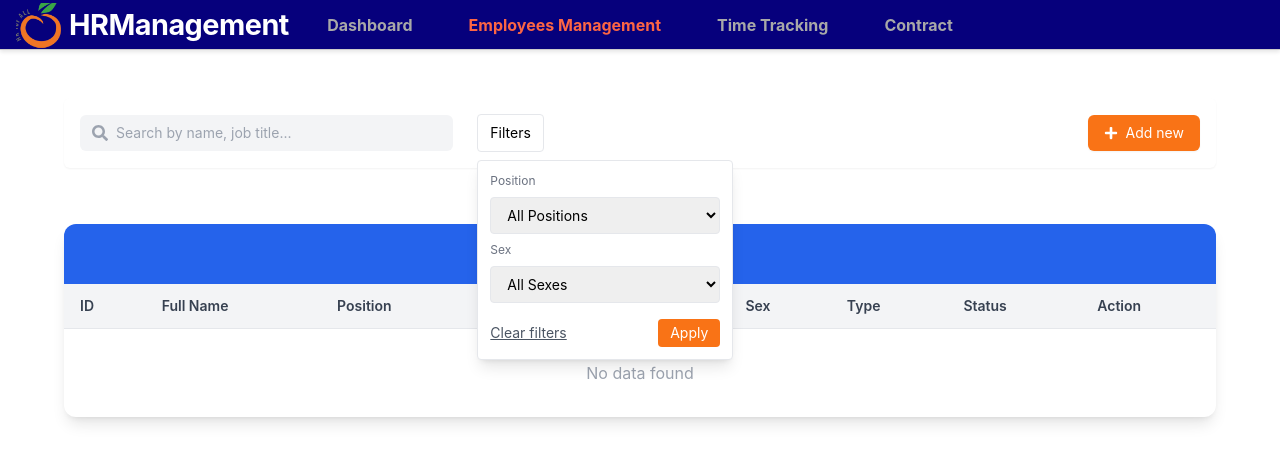
Repository: justJackiee/DA-251
Page: /employeemanagement (app in my-react-app/), after clicking the first element matching `button.inline-flex`
An editor plug-in stored every save of this project. The page is shown before and after a run of saves, followed by the edit.
The browser window is 1280 px wide. The pictures show the whole page.
The page's requests for data from a server got no answer. The project was rebuilt for these pictures with package versions that can differ from the ones it lists, and the page was loaded fresh each time. No one was signed in, and anything a server would have sent is missing. Also part of the build but not shown: my-react-app/src/App.css, my-react-app/src/components/pagination.js, my-react-app/src/pages/dashboard.js, my-react-app/src/components/button.js.

Above is the page before, as saved 2025-12-03 16:29:21.

### my-react-app/public/index.html
<!DOCTYPE html>
<html lang="en">
  <head>
    <meta charset="utf-8" />
    <link rel="icon" href="%PUBLIC_URL%/favicon.ico" />
    <meta name="viewport" content="width=device-width, initial-scale=1" />
    <meta name="theme-color" content="#000000" />
    <meta
      name="description"
      content="Web site created using create-react-app"
    />
    <link rel="apple-touch-icon" href="%PUBLIC_URL%/logo192.png" />
    <!--
      manifest.json provides metadata used when your web app is installed on a
      user's mobile device or desktop. See https://developers.google.com/web/fundamentals/web-app-manifest/
    -->
    <link rel="manifest" href="%PUBLIC_URL%/manifest.json" />

    <!-- Google Fonts - Baloo 2 -->
    <link rel="preconnect" href="https://fonts.googleapis.com">
    <link rel="preconnect" href="https://fonts.gstatic.com" crossorigin>
    <link href="https://fonts.googleapis.com/css2?family=Baloo+2:wght@400;500;600;700;800&display=swap" rel="stylesheet">

    <!--
      Notice the use of %PUBLIC_URL% in the tags above.
      It will be replaced with the URL of the `public` folder during the build.
      Only files inside the `public` folder can be referenced from the HTML.

      Unlike "/favicon.ico" or "favicon.ico", "%PUBLIC_URL%/favicon.ico" will
      work correctly both with client-side routing and a non-root public URL.
      Learn how to configure a non-root public URL by running `npm run build`.
    -->
    <title>React App</title>
  </head>
  <body>
    <noscript>You need to enable JavaScript to run this app.</noscript>
    <div id="root"></div>
    <!--
      This HTML file is a template.
      If you open it directly in the browser, you will see an empty page.

      You can add webfonts, meta tags, or analytics to this file.
      The build step will place the bundled scripts into the <body> tag.

      To begin the development, run `npm start` or `yarn start`.
      To create a production bundle, use `npm run build` or `yarn build`.
    -->
  </body>
</html>

### my-react-app/src/App.js
import React from "react";
import { FaSearch, FaTrash } from "react-icons/fa";
import logo from './logo.svg';
import './App.css';

import { HRNavbar } from './components/Navbar';
import CustomScrollbar from './components/schollbar';
import Pagination from './components/pagination'
import Dashboard from './pages/dashboard';
import EmployeeManagement from './pages/employeemanagement'; // modify to test CEmployeeTable
import {
  PrimaryButton,
  SecondaryButton,
  IconButton,
  DropdownButton,
} from "./components/button";

import {
    BrowserRouter as Router,
    Routes,
    Route,
} from "react-router-dom";

import { ThemeProvider } from "@material-tailwind/react";

function App() {
  return (
    <ThemeProvider>
    <Router>
      <div className="h-screen flex flex-col">
        <HRNavbar />

        <main className="flex-1 relative">
          {/* <PrimaryButton text="Save" onClick={() => alert("Saved!")} />
          <SecondaryButton text="Cancel" onClick={() => alert("Cancelled!")} />
          <IconButton icon={<FaSearch />} label="Search" onClick={() => alert("Searching...")} />
          <IconButton icon={<FaTrash />} label="Delete" onClick={() => alert("Deleted!")} /> */}
          {/* <DropdownButton
            label="Select Report"
            options={[
              { label: "Monthly Report", onClick: () => alert("Monthly selected") },
              { label: "Yearly Report", onClick: () => alert("Yearly selected") },
            ]}
          /> */}

          <CustomScrollbar>
            {/* <div className="p-4 md:p-8"> dùng để canh lề (margin)*/}
            <div className="p-4 md:p-8">
              <Routes>
                <Route path="/dashboard" element={<Dashboard />} />
                <Route path="/employeemanagement" element={<EmployeeManagement />} />
                <Route path="/contract" element={<h1>Contract Page</h1>} />
                <Route path="/timetracking" element={<h1>Time Tracking Page</h1>} />
                <Route path="/" element={
                  <header className="App-header">
                    <img src={logo} className="App-logo" alt="logo" />
                    <h1>Welcome to HR Management System</h1>
                    <p>Click on Dashboard in the navigation to get started!</p>
                  </header>
                } />
              </Routes>
            </div>
          </CustomScrollbar>
        </main>
      </div>
    </Router>
    </ThemeProvider>
  );
}

export default App;

### my-react-app/src/components/schollbar.js
import React from 'react';
import { Scrollbars } from 'react-custom-scrollbars-2';

// Đổi kiểu thumb
const CustomThumb = (props) => (
  <div {...props} className="bg-slate-500 rounded-full" />
);

// CustomScrollbar
function CustomScrollbar({ children }) {
  return (
    <Scrollbars
      renderThumbVertical={CustomThumb}
      style={{ width: '100%', height: '100%' }}
    >

      {children}

    </Scrollbars>
  );
}

export default CustomScrollbar;

### my-react-app/src/pages/employeemanagement.js
import React, { useEffect, useState, useMemo } from "react";
import axios from "axios"; // 1. Import axios
import CEmployeeTable from "../components/Table/CEmployeeTable";
// import HeaderTabs from '../components/HeaderTabs';
import FiltersBar from '../components/FiltersBar';



function EmployeeManagement() {
  // const [activeTab, setActiveTab] = useState('team');
  const [search, setSearch] = useState('');
  const [filters, setFilters] = useState({ office: '', department: '' });

  // 2. Khởi tạo data là mảng rỗng ban đầu (thay vì mock data)
  const [data, setData] = useState([]);
  const [loading, setLoading] = useState(true);

 // 3. Gọi API từ Backend khi component được load
  useEffect(() => {
    const fetchEmployees = async () => {
      try {
        const response = await axios.get('http://localhost:5000/api/employees');
        const apiData = response.data;

        // 4. MAPPING DỮ LIỆU (ĐÃ SỬA LỖI)
        const formattedData = apiData.map(emp => {
          // Xử lý an toàn: Nếu không có chức vụ thì để chuỗi rỗng
          const safePosition = emp.position || '';

          return {
            id: emp.id,
            // Ghép họ tên
            fullName: `${emp.fName} ${emp.mName ? emp.mName + ' ' : ''}${emp.lName}`,
            email: emp.email,
            phone: emp.phone,
            sex: emp.sex,
            // Nếu không có position thì hiện 'Staff' mặc định
            position: safePosition || 'Staff',
            type: emp.type, // Lưu ý: Backend bạn trả về 'type', không phải 'ceType' (check lại console log nếu cần)
            status: emp.status,
            // Xử lý địa chỉ an toàn
            location: emp.address ? emp.address.split(',').pop().trim() : 'Unknown',
            // SỬA LỖI CHÍNH TẠI ĐÂY: Kiểm tra safePosition thay vì emp.position
            department: safePosition.includes('HR') ? 'Human Resources' : 'Engineering'
          };
        });

        setData(formattedData);
        setLoading(false);
      } catch (error) {
        console.error("Lỗi khi tải danh sách nhân viên:", error);
        setLoading(false);
      }
    };

    fetchEmployees();
  }, []);

  const onFilterChange = (k, v) => setFilters((s) => ({ ...s, [k]: v }));
  const onClear = () => { setSearch(''); setFilters({ office: '', department: '' }); };

  const filteredData = useMemo(() => {
    return data.filter(emp => {
      const searchLower = search.toLowerCase();
      // Logic search cũ của bạn giữ nguyên
      const matchSearch = (emp.fullName && emp.fullName.toLowerCase().includes(searchLower)) ||
                          (emp.email && emp.email.toLowerCase().includes(searchLower));

      // Logic filter
      // Lưu ý: Nếu database chưa chuẩn department/office thì bộ lọc này có thể lọc hết dữ liệu.
      // Tạm thời tôi để logic lỏng hơn: Nếu filter rỗng thì luôn true.
      const matchDept = filters.department ? emp.department === filters.department : true;
      const matchOffice = filters.office ? (emp.location && emp.location.includes(filters.office)) : true;

      return matchSearch && matchDept && matchOffice;
    });
  }, [data, search, filters]);

  if (loading) {
    return <div className="p-10 text-center">Đang tải dữ liệu từ Server...</div>;
  }

  return (
    <div>
      {/* <HeaderTabs active={activeTab} onTabChange={setActiveTab} /> */}
      <div className="flex justify-end">

      </div>
      <FiltersBar search={search} onSearch={setSearch} filters={filters} onFilterChange={onFilterChange} onClear={onClear} />

      <div className="max-w-7xl mx-auto px-4 sm:px-6 lg:px-8 py-6">
        <CEmployeeTable data={filteredData} search={search} filters={filters} />
      </div>
    </div>
  );
}

export default EmployeeManagement;

### my-react-app/src/components/Table/CEmployeeTable.js
import React, { useState, useEffect, useRef } from "react";
import { createPortal } from 'react-dom';

function CEmployeeTable({
  // SỬA LỖI 2: Nhận prop 'data' thay vì 'employees' để khớp với file cha
  data = [],
  columns = null,
  title = "Employee List",
  showActions = true,
  onEdit = null
}) {
  // Gán data vào biến employees để dùng tiếp logic bên dưới
  const employees = data;

  // SỬA LỖI 3: Cập nhật cấu hình cột khớp với tên biến trong MOCK DATA (fullName, email...)
  const defaultColumns = [
    { header: "ID", accessor: "id" },
    { header: "Full Name", accessor: "fullName" }, // Dùng accessor trực tiếp vì data đã nối chuỗi rồi
    { header: "Position", accessor: "position" },
    { header: "Email", accessor: "email" },
    { header: "Phone", accessor: "phone" },
    {
      header: "Sex",
      // Sửa logic render giới tính
      render: (row) => row.sex === 'M' ? 'Male' : row.sex === 'F' ? 'Female' : row.sex
    },
    {
      header: "Type",
      render: (row) => (
        <span className={`px-2 py-1 rounded-full text-xs font-medium ${
            // Sửa logic check màu dựa trên value thực tế
            row.type === "HR" ? "bg-purple-100 text-purple-700" :
            row.type === "Freelance" ? "bg-orange-100 text-orange-700" :
            "bg-blue-100 text-blue-700"
        }`}>
          {row.type}
        </span>
      )
    },
    {
      header: "Status",
      render: (row) => (
        <span className={`px-2 py-1 rounded-full text-xs font-medium ${
            row.status === "Active" ? "bg-green-100 text-green-700" :
            row.status === "Inactive" ? "bg-red-100 text-red-700" :
            "bg-gray-100 text-gray-700"
        }`}>
          {row.status}
        </span>
      )
    }
  ];

  const tableColumns = columns || defaultColumns;

  const handleEdit = (item) => {
    if (onEdit) {
      onEdit(item);
    } else {
      window.location.href = `/employeemanagement/profile/${item.id}`;
    }
  };

  // Dropdown menu state
  const [openMenuId, setOpenMenuId] = useState(null);
  const [menuPos, setMenuPos] = useState({ top: 0, left: 0 });
  const menuRef = useRef(null);

  useEffect(() => {
    function onDocClick(e) {
      if (menuRef.current && menuRef.current.contains(e.target)) return;
      setOpenMenuId(null);
    }
    function onKey(e) {
      if (e.key === 'Escape') setOpenMenuId(null);
    }
    if (openMenuId !== null) {
      document.addEventListener('click', onDocClick);
      document.addEventListener('keydown', onKey);
      return () => {
        document.removeEventListener('click', onDocClick);
        document.removeEventListener('keydown', onKey);
      };
    }
  }, [openMenuId]);

  const openMenu = (e, item) => {
    e.stopPropagation();
    const rect = e.currentTarget.getBoundingClientRect();
    setMenuPos({ top: rect.bottom + window.scrollY + 6, left: rect.left + window.scrollX });
    setOpenMenuId(item.id);
  };

  const handleEditAction = (item) => {
    setOpenMenuId(null);
    handleEdit(item);
  };

  const handleEditForm = (item) => {
    setOpenMenuId(null);
    if (onEdit) return onEdit(item);
    window.location.href = `/employeemanagement/edit/${item.id}`;
  };

  return (
    <div className="flex justify-center mt-4">
      <div className="w-full bg-white shadow-lg rounded-xl overflow-hidden">
        <div className="bg-blue-600 text-white text-center py-4 font-semibold text-xl">
          {title}
        </div>

        <div className="overflow-x-auto">
          <table className="w-full text-left border-collapse">
            <thead>
              <tr className="bg-gray-100 text-gray-700">
                {tableColumns.map((col, index) => (
                  <th key={index} className="py-3 px-4 text-left font-semibold border-b text-sm">
                    {col.header}
                  </th>
                ))}
                {showActions && <th className="py-3 px-4 text-left font-semibold border-b text-sm">Action</th>}
              </tr>
            </thead>
            <tbody>
              {employees.length === 0 ? (
                <tr>
                  <td colSpan={tableColumns.length + (showActions ? 1 : 0)} className="py-8 text-center text-gray-400">
                    No data found
                  </td>
                </tr>
              ) : (
                employees.map((item, rowIndex) => (
                  <tr key={item.id || rowIndex} className={`${rowIndex % 2 === 0 ? "bg-gray-50" : "bg-white"} hover:bg-blue-50 transition`}>
                    {tableColumns.map((col, colIndex) => (
                      <td key={colIndex} className="py-3 px-4 text-left border-b text-sm">
                        {/* Logic render an toàn */}
                        {col.render ? col.render(item) : item[col.accessor]}
                      </td>
                    ))}
                    {showActions && (
                      <td className="py-3 px-4 text-left border-b text-sm">
                        <div className="relative inline-block">
                          <button
                            onClick={(e) => openMenu(e, item)}
                            className="p-1 rounded hover:bg-gray-100 text-gray-600 hover:text-blue-600"
                            aria-haspopup="menu"
                            aria-expanded={openMenuId === item.id}
                            aria-label={`Actions for ${item.fullName || item.id}`}
                          >
                            <svg className="w-4 h-4" viewBox="0 0 24 24" fill="currentColor" aria-hidden="true">
                              <circle cx="12" cy="6" r="1.5" />
                              <circle cx="12" cy="12" r="1.5" />
                              <circle cx="12" cy="18" r="1.5" />
                            </svg>
                          </button>

                          {openMenuId === item.id && createPortal(
                            <div
                              ref={menuRef}
                              role="menu"
                              aria-label="Row actions"
                              className="bg-white border rounded shadow-lg z-50 py-1"
                              style={{ position: 'absolute', top: menuPos.top + 'px', left: menuPos.left + 'px', minWidth: 120 }}
                            >
                              <button onClick={() => handleEditAction(item)} className="w-full text-left px-3 py-2 text-sm hover:bg-gray-100">View</button>
                              <button onClick={() => handleEditForm(item)} className="w-full text-left px-3 py-2 text-sm hover:bg-gray-100">Edit</button>
                            </div>,
                            typeof document !== 'undefined' ? document.body : null
                          )}
                        </div>
                      </td>
                    )}
                  </tr>
                ))
              )}
            </tbody>
          </table>
        </div>
        {employees.length > 0 && (
          <div className="text-gray-500 text-sm text-right p-3 border-t">
            Showing {employees.length} record{employees.length !== 1 ? 's' : ''}
          </div>
        )}
      </div>
    </div>
  );
}

export default CEmployeeTable;

### my-react-app/src/components/FiltersBar.js
import React, { useState, useRef, useEffect } from 'react';
import { createPortal } from 'react-dom';
import { FaSearch } from 'react-icons/fa';
import { FaPlus } from 'react-icons/fa';
import { useNavigate } from 'react-router-dom';


export default function FiltersBar({ search, onSearch, filters, onFilterChange, onClear }) {
  const [open, setOpen] = useState(false);
  const popupRef = useRef(null);
  const buttonRef = useRef(null);
  const [popupPos, setPopupPos] = useState({ top: 0, left: 0 });
   const navigate = useNavigate();

  useEffect(() => {
    function onDocClick(e) {
      // if click is inside popup, ignore
      if (popupRef.current && popupRef.current.contains(e.target)) return;
      // if click is the filter button, ignore here (button toggles open)
      if (buttonRef.current && buttonRef.current.contains(e.target)) return;
      setOpen(false);
    }
    function onKey(e) {
      if (e.key === 'Escape') setOpen(false);
    }
    document.addEventListener('click', onDocClick);
    document.addEventListener('keydown', onKey);
    return () => {
      document.removeEventListener('click', onDocClick);
      document.removeEventListener('keydown', onKey);
    };
  }, []);

  // compute popup position anchored to button
  useEffect(() => {
    function updatePos() {
      if (!buttonRef.current) return;
      const rect = buttonRef.current.getBoundingClientRect();
      setPopupPos({
        top: rect.bottom + window.scrollY + 8,
        left: rect.left + window.scrollX,
      });
    }
    if (open) {
      updatePos();
      window.addEventListener('resize', updatePos);
      window.addEventListener('scroll', updatePos, true);
    }
    return () => {
      window.removeEventListener('resize', updatePos);
      window.removeEventListener('scroll', updatePos, true);
    };
  }, [open]);

  return (
    <div className="max-w-7xl mx-auto px-4 sm:px-6 lg:px-8 py-4">
      <div className="bg-white p-4 rounded-md shadow-sm flex flex-col md:flex-row md:items-center gap-3 overflow-visible relative z-50">
        {/* Search: flexible on larger screens, full width on small */}
        <div className="flex items-center w-full md:w-1/3 bg-gray-100 rounded-md px-3 py-2 min-w-0">
          <FaSearch className="text-gray-400 mr-2 flex-shrink-0" />
          <input
            value={search}
            onChange={(e) => onSearch?.(e.target.value)}
            className="bg-transparent flex-1 outline-none text-sm min-w-0"
            placeholder="Search by name, job title..."
            aria-label="Search employees"
          />
        </div>

        {/* Filter button that opens a popup with filter controls */}
        <div className="relative ml-3">
          <button
            ref={buttonRef}
            type="button"
            onClick={() => setOpen((s) => !s)}
            className="inline-flex items-center gap-2 px-3 py-2 bg-white border rounded text-sm hover:shadow"
            aria-haspopup="dialog"
            aria-expanded={open}
          >
            Filters
          </button>

          {open && popupRef && createPortal(
            <div
              ref={popupRef}
              className="bg-white border rounded shadow-lg z-50 p-3"
              style={{ position: 'absolute', top: popupPos.top + 'px', left: popupPos.left + 'px', width: 256 }}
            >
              <div className="space-y-2">
                <label className="block text-xs text-gray-500">Position</label>
                <select
                  value={filters.position || ''}
                  onChange={(e) => onFilterChange?.('position', e.target.value)}
                  className="border rounded px-3 py-2 text-sm w-full"
                >
                  <option value="">All Positions</option>
                  <option>PM Coop.</option>
                  <option>Elevate Complex</option>
                </select>

                <label className="block text-xs text-gray-500">Sex</label>
                <select
                  value={filters.sex || ''}
                  onChange={(e) => onFilterChange?.('sex', e.target.value)}
                  className="border rounded px-3 py-2 text-sm w-full"
                >
                  <option value="">All Sexes</option>
                  <option>Male</option>
                  <option>Female</option>
                </select>

                <div className="flex justify-between items-center pt-2">
                  <button
                    onClick={() => { onClear?.(); setOpen(false); }}
                    className="text-sm text-gray-600 underline"
                  >
                    Clear filters
                  </button>
                  <button
                    onClick={() => setOpen(false)}
                    className="px-3 py-1 bg-orange-500 text-white rounded text-sm"
                  >
                    Apply
                  </button>
                </div>
              </div>
            </div>,
            // render portal into body so it won't be clipped by parent overflow
            typeof document !== 'undefined' ? document.body : null
          )}
        </div>
        <button
          onClick={() => navigate('/employees/new')}
          className="ml-auto inline-flex items-center gap-2 px-4 py-2 bg-orange-500 hover:bg-orange-600 text-white rounded-md shadow-sm text-sm"
          aria-label="Add new"
        >
          <FaPlus />
          <span className="hidden sm:inline">Add new</span>
        </button>
      </div>
    </div>
  );
}

Loaded but not shown: my-react-app/src/index.js (common file); my-react-app/src/index.css (common file); my-react-app/src/reportWebVitals.js (common file); my-react-app/tailwind.config.js (common file); my-react-app/src/components/Navbar/index.js (291 lines, source omitted)

After the next 2 saves:
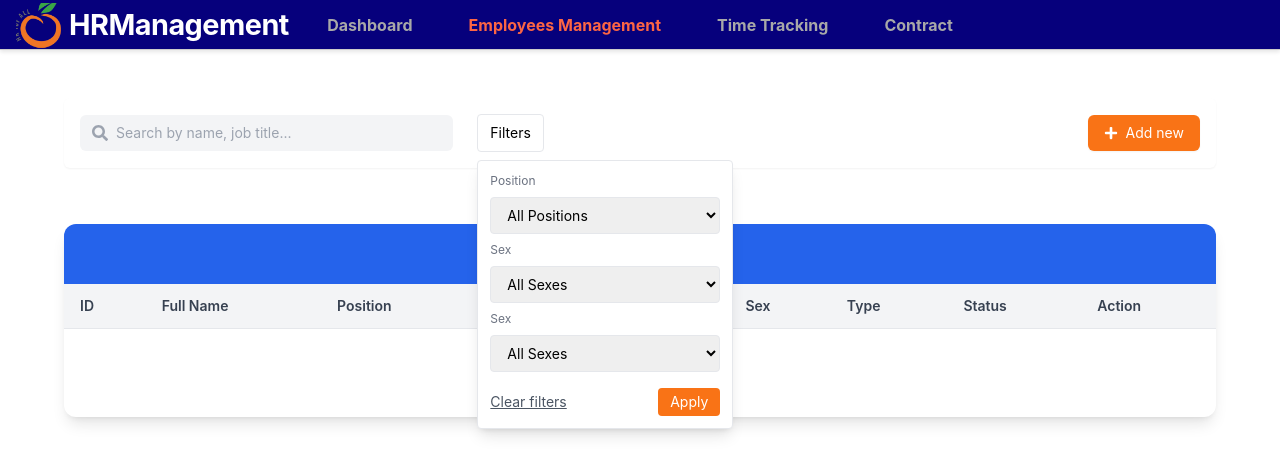
The 2 saves are shown as one change because they came seconds apart.
The last was saved 23 s later.
--- a/my-react-app/src/components/FiltersBar.js
+++ b/my-react-app/src/components/FiltersBar.js
@@ -108,6 +108,16 @@ export default function FiltersBar({ search, onSearch, filters, onFilterChange,
                   <option>Male</option>
                   <option>Female</option>
                 </select>
+                <label className="block text-xs text-gray-500">Sex</label>
+                <select
+                  value={filters.sex || ''}
+                  onChange={(e) => onFilterChange?.('sex', e.target.value)}
+                  className="border rounded px-3 py-2 text-sm w-full"
+                >
+                  <option value="">All Sexes</option>
+                  <option>Male</option>
+                  <option>Female</option>
+                </select>
 
                 <div className="flex justify-between items-center pt-2">
                   <button
